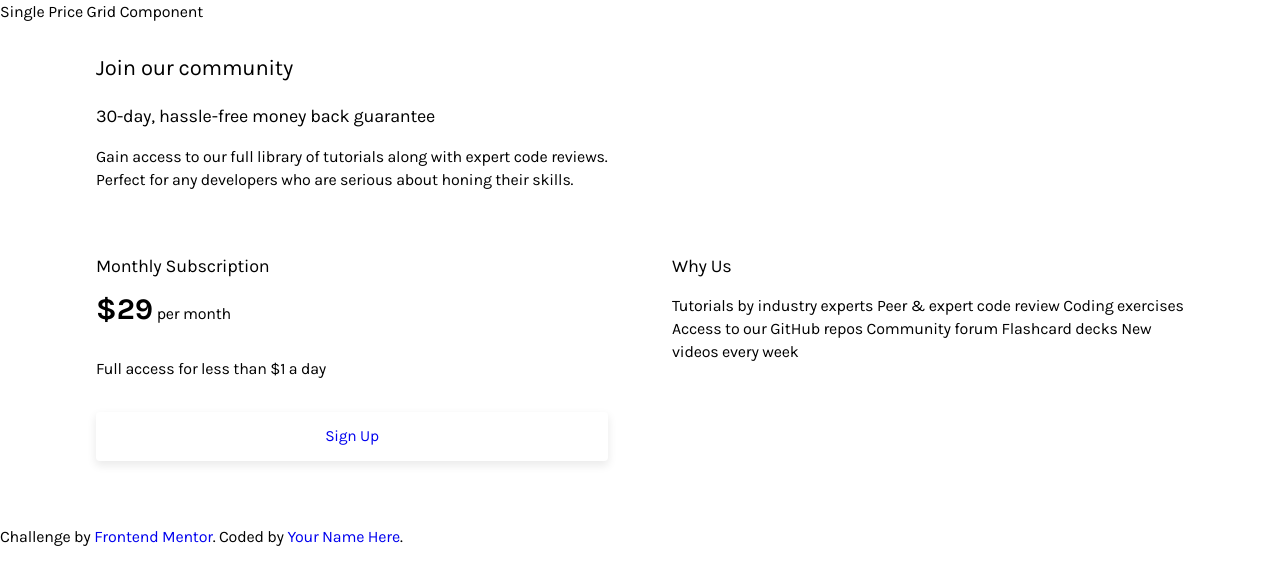
Repository: bangjuyoung/bangjuyoung
Page: practice/frontend-mentor/single-price-grid-component/index.html
These files come from the project's save history. The page is drawn as it stood at one moment and after the next save; the edit follows.
The browser window is 1280 px wide. The pictures show the whole page.

Above is the page before, as saved 2019-06-16 13:33:45.

After the next save:
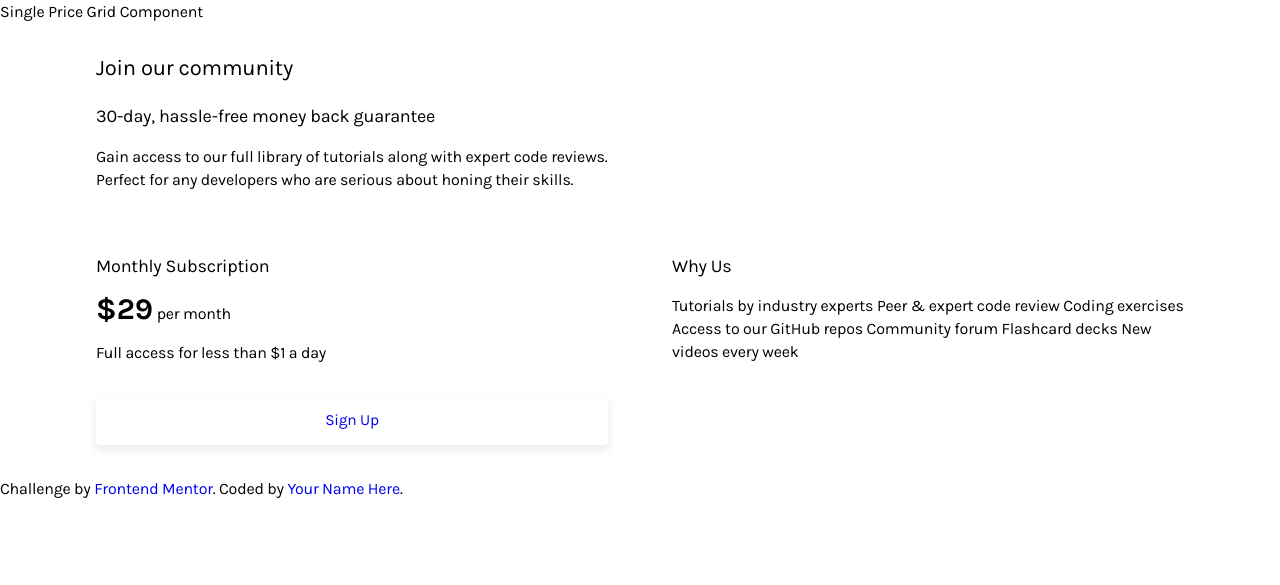
Saved 37 s later.
--- a/practice/frontend-mentor/single-price-grid-component/index.html
+++ b/practice/frontend-mentor/single-price-grid-component/index.html
@@ -29,11 +29,11 @@
         <section class="single-price">
           <div class="single-price__body">
             <h3 class="single-price__subtitle">Monthly Subscription</h3>
-            <p class="single-price__divider"><strong class="single-price__display1">&dollar;29</strong> per month</p>
-            <p class="single-price__divider">Full access for less than &dollar;1 a day</p>
             <div class="single-price__divider">
-              <a href="/" class="btn btn-secondary btn-block btn--float">Sign Up</a>
+              <p class="single-price__text"><strong class="single-price__display1">&dollar;29</strong> per month</p>
+              <p class="single-price__text">Full access for less than &dollar;1 a day</p>
             </div>
+            <a href="/" class="btn btn-secondary btn-block btn--float">Sign Up</a>
           </div>
         </section>
 
